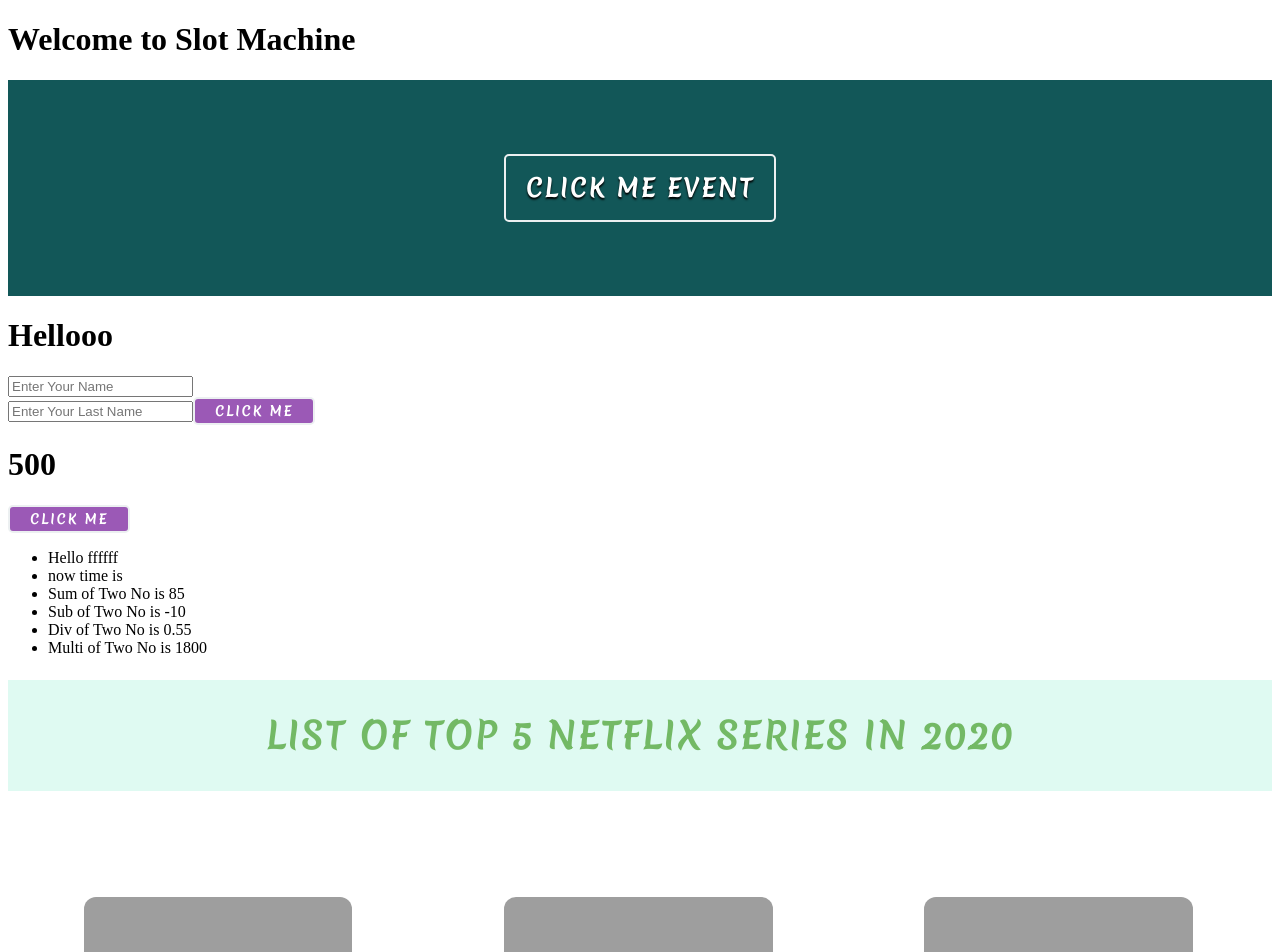
Repository: hardik2626/reactlearn2020
Page: /
The author's editor kept a copy of each file at every save. The page is drawn from the files as they stood at one save, then again after the next save.
The browser window is 1280 px wide. The pictures show the part of the page from y = 0 to 952 px (the page is 1920 px tall before and 2005 px after).
Pictures or frames that could not be fetched are drawn as grey boxes. The project was rebuilt for these pictures with package versions that can differ from the ones it lists, and the page was loaded fresh each time.

Above is the page before, as saved 2020-10-12 18:14:11.

After the next save:
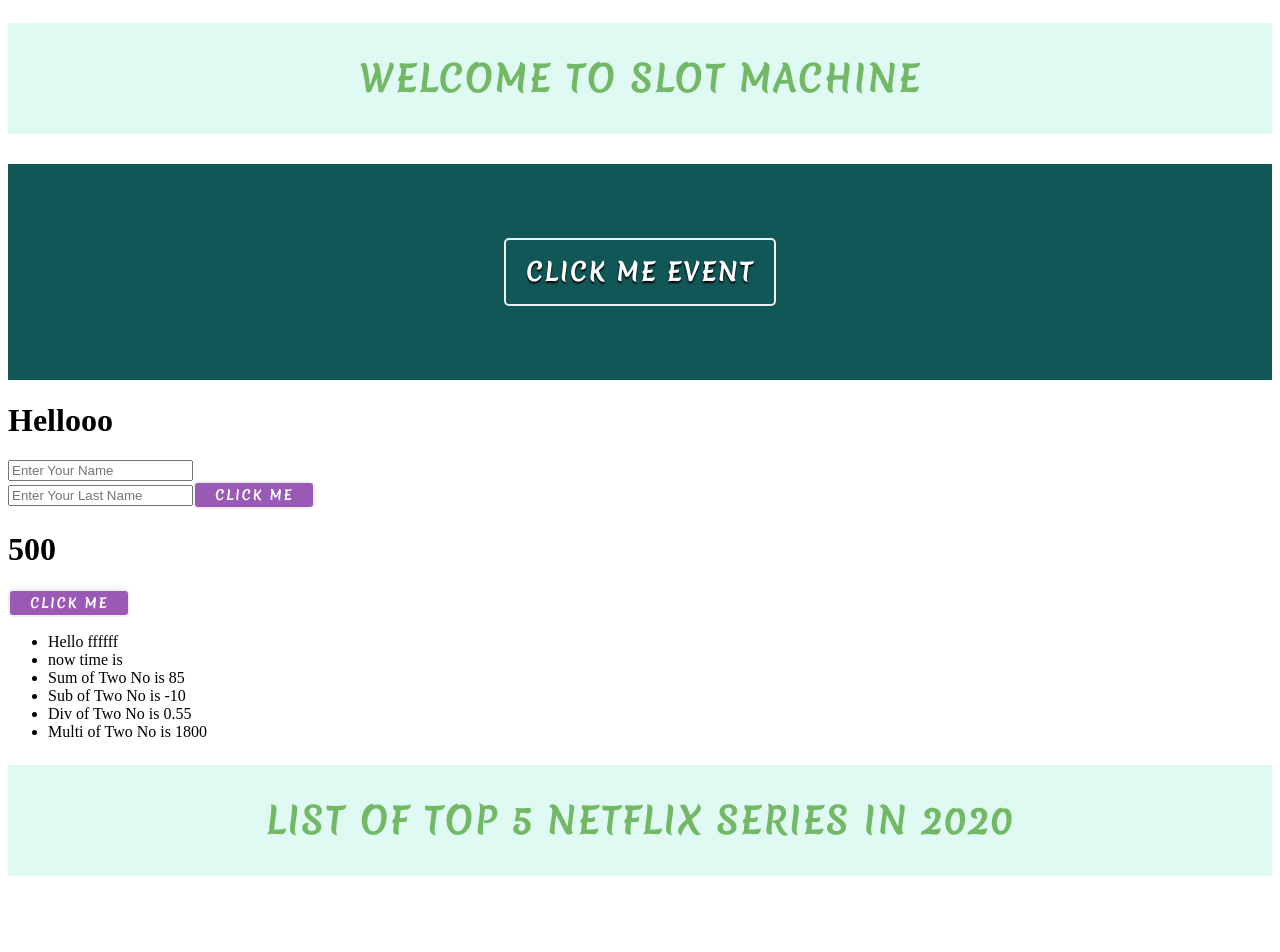
Saved 71 s later.
--- a/src/MachineGame.js
+++ b/src/MachineGame.js
@@ -3,7 +3,7 @@ import React, { Component } from 'react'
 const MachineGame = () =>{
     return(
         <>
-            <h1> Welcome to <span>Slot Machine</span>  </h1>
+            <h1 className="heading_style"> Welcome to <span tsyle={{fontWeight:'bold'}}>Slot Machine</span>  </h1>
         </>
     )
 }
